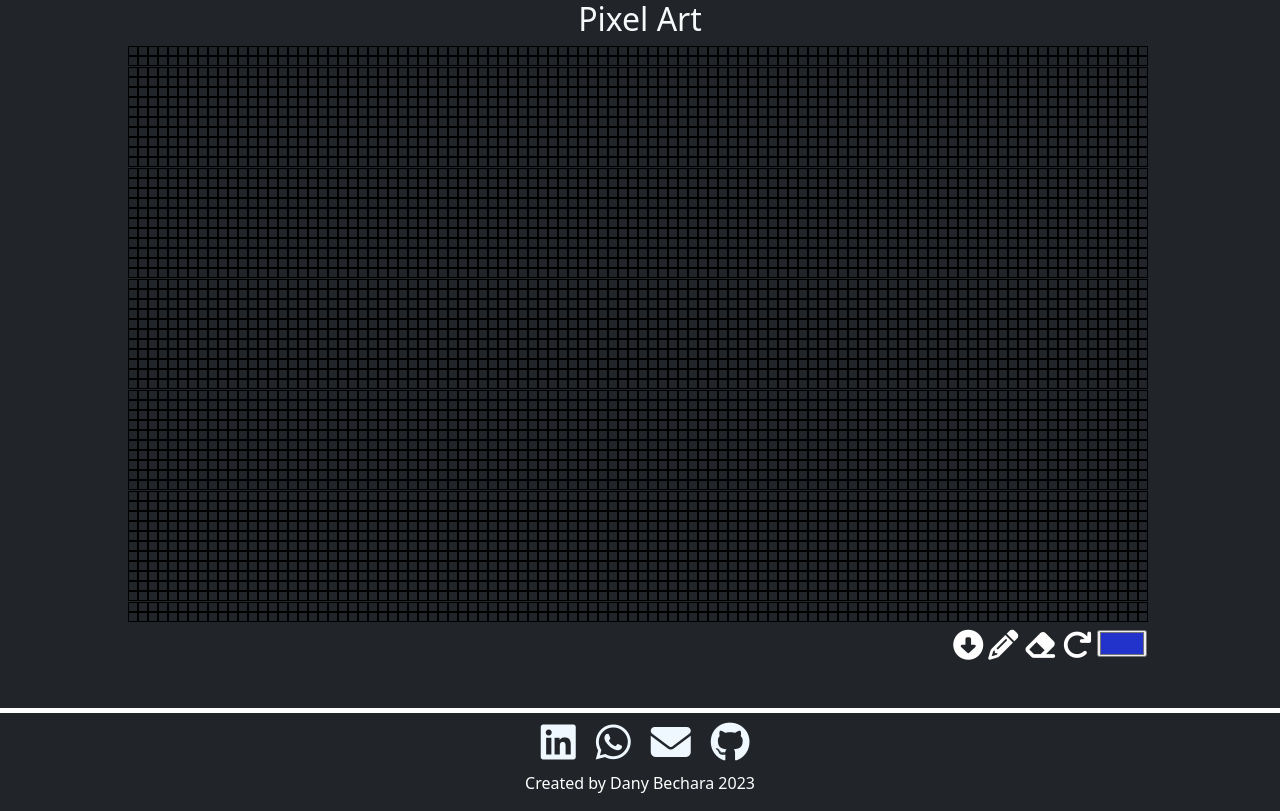
Repository: bechara611/pixelartdb
Page: /
These files come from the project's save history. The page is drawn as it stood at one moment and after the next save; the edit follows.
The browser window is 1280 px wide. The pictures show the whole page.
Some web libraries are served in a nearby version. The project was rebuilt for these pictures with package versions that can differ from the ones it lists, and the page was loaded fresh each time. Also part of the build but not shown: vite.config.js.

Above is the page before, as saved 2023-03-08 11:55:25.

### index.html
<!DOCTYPE html>
<html lang="en">
  <head>
    <meta charset="UTF-8" />
    <link rel="icon" type="image/svg+xml" href="/vite.svg" />
    <meta name="viewport" content="width=device-width, initial-scale=1.0" />
    <title>Vite + React</title>

    <link rel="stylesheet" href="https://cdnjs.cloudflare.com/ajax/libs/font-awesome/6.3.0/css/all.min.css">
  </head>
  <body>
    <div id="root"></div>
    <script type="module" src="/src/main.jsx"></script>
  </body>
</html>

### src/main.jsx
import React from 'react'
import ReactDOM from 'react-dom/client'
import App from './App'
import 'bootstrap/dist/css/bootstrap.min.css'
import 'bootstrap/dist/js/bootstrap.bundle.js'

ReactDOM.createRoot(document.getElementById('root')).render(
  <>
  <App />

  </>

)

### src/App.jsx

import { useEffect, useState } from 'react'
import './App.css'
import { SelectableGroup } from 'react-selectable-fast'
import { Pixel } from './Pixel'
import { Footer } from './Footer'
import * as htmlToImage from 'html-to-image';
import { toPng, toJpeg, toBlob, toPixelData, toSvg } from 'html-to-image';

const App = () => {
  const [pixels, setPixels] = useState([])
  const [isSelecting, setIsSelecting] = useState(false)
  const [startIndex, setStartIndex] = useState(null)
  const [colorActual, setcolorActual] = useState('#2233cc')
  const [lapiz,setLapiz]= useState(true);

  useEffect(() => {
    let contenedor = document.getElementById('contenedor')
    let divsAloAlto = Math.floor(contenedor.offsetHeight / 10)
    let divsAlOancho = Math.floor(contenedor.offsetWidth / 10);
    //para saber cuantos divs necesita un contenedor multiplica el numero de divs a lo alto * el numero de divds a lo ancho
    setPixels(Array.from({ length: divsAloAlto * divsAlOancho }, () => { return { active: false, color: colorActual } }))

  }, [])
  const onReset = () => {
    let pixelesCopy = [];
    pixelesCopy = [...pixels]
    for (let i = 0; i < pixels.length; i++) {
      pixelesCopy[i] = { active: false, color: 'transparent' }
    }
    setPixels(pixelesCopy)
  }
  const funcionArray = (index) => {
    let nuevoArray = [...pixels]
    nuevoArray[index] = { active: true, color: colorActual }
    setPixels(nuevoArray)
  }
const GenerarImagen=async()=>{
  let contenedor = document.getElementById('contenedor');
  await htmlToImage.toPng(contenedor)
  .then(function (dataUrl) {
    var img = new Image();
    img.src = dataUrl;
   console.log(img)
   const a= document.createElement('a');
   a.href=img.src
   a.download='img.png'
   a.click();
  })
  .catch(function (error) {

  });
}
  useEffect(() => {
    //console.log({ pixels })
  }, [pixels])

  const onMouseDown = (index) => {
    setIsSelecting(true);
    setStartIndex(index)
    // console.log('onMouseDown')
  }


  const onMouseOver2 = (index) => {
    if (isSelecting) {
      const pixelsupdated = [...pixels]
      pixelsupdated[index] = { ...pixelsupdated[index], active: true, color: colorActual }

      setPixels(pixelsupdated)

    }
    // console.log('onMouseOver')
  }

  const onMouseUp2 = (index) => {
    setIsSelecting(false)

  }
  return (
    <>
      <div className="bg-dark fondo">
        <div className="col-12 contenedor-05 ">
          <div className="contenedor-mayor header">
            <h2 className='text-light'>Pixel Art</h2>

          </div>
        </div>
        <div className="contenedor-mayor ">
          <div className="contorno">
            <div className={`contenedor ${!lapiz ? 'cursorBorrador' : 'cursorLapiz'}`} id='contenedor'>

              {

                pixels.map((a, index) => {
                  return <Pixel key={index}
                    color={a.color}
                    active={a.active}
                    funcion={() => funcionArray(index)}
                    onMouseDown={() => { onMouseDown(index) }}
                    onMouseUp={() => { onMouseUp2(index) }}
                    onMouseOver={() => { onMouseOver2(index) }}
                  ></Pixel>
                })

              }

            </div>
          </div>
        </div>
        <div className="col-12 contenedor-05  ">
          <div className="derecha mt-2">

          <i className="fa-solid fa-circle-down borrador " onClick={()=>{
            console.log('Descargar')

            GenerarImagen();
            }}></i>
          <i className="fa-solid fa-pencil borrador" onClick={()=>{ setLapiz(true)
            setcolorActual('#2233cc')
            }}></i>
            <i className="fa-solid fa-eraser borrador" onClick={()=>{ setLapiz(false)
            setcolorActual('transparent')
            }}></i>

            <i className="fa-solid fa-arrow-rotate-right borrador  icono" onClick={() => { onReset() }}></i>
            <input type="color" className='selector borrador' value={colorActual} onChange={(e) => {
               setcolorActual(e.target.value)
               setLapiz(true)
              }} />

          </div>

        </div>
        <div className="col-12 bg-dark">

        <Footer></Footer>
        </div>
      </div>



    </>

  )
}

export default App

### src/App.css
.fondo {
  height: 100vh;

}

.contorno {


}

.contenedor-mayor {
  display: flex;
  flex-direction: row;
  justify-content: center;
  justify-self: center;
  align-items: center;

}

.contenedor-mayor2 {
  width: 80vw;
  align-self: center;
  display: flex;
  flex-direction: row;
  justify-content: space-between;
}

.contenedor-05 {
  display: flex;
  flex-direction: row;
  justify-content: center;
}

.derecha {
  width: 80vw;
  align-self: center;
  display: flex;
  flex-direction: row;
  justify-content: flex-end;
}

.pixel {
  width: 10px;
  height: 10px;
  border: .1px solid rgb(0, 0, 0);

  box-sizing: border-box;

}

.active {
  background: transparent;
}
.cursorBorrador{
  cursor: url(./assets/borrador.png), pointer;
}
.cursorLapiz{
cursor: url(./assets/pencil3.png), default;
}
.contenedor {

  display: flex;
  flex-direction: row;
  flex-wrap: wrap;
  width: 80vw;
  height: 80vh;
  max-width: 80vw;
  max-height: 80vh;
  padding: 0 ;
  margin: 0;
}

.icono {
  font-size: 30px;
  color: white;
  margin-right: 5px;
}
.borrador{
  font-size: 30px;
  color: white;
  margin-right: 5px;
  cursor: pointer;
}
.borrador:hover{

  color: rgb(191, 180, 180);
  transition: all .1s ease;
}

@keyframes rotar {
  from {
    transform: rotate(32deg);
  }

  to {
    transform: rotate(360deg);
  }
}

.icono:hover {
  color: rgb(171, 193, 216);
  cursor: pointer;
  animation-name: rotar;
  animation-duration: 1s;
  transition: all 1s ease;
  animation-iteration-count: infinite;
}

.selector{
cursor: pointer;
}

@media(max-width:200px){
  .borrador{
    font-size: 15px;
  }
}

### src/Pixel.jsx
import React, { useState } from 'react'
import './App.css'
import {selectableGroup, createSelectable} from 'react-selectable-fast'
export const Pixel = (props) => {
    const [isActive, setisActive] = useState(false)
  return (

 <div className={`pixel ${props.active ? 'active' : ''}`} style={{ background:props.active ? props.color : ''}}
 onClick={()=>{
    setisActive(!isActive)
    props.funcion();
}}
onMouseDown={()=>{props.onMouseDown()}}
onMouseUp={()=>{props.onMouseUp()}}
onTouchEnd={()=>{props.onMouseUp()}}
onMouseOver={()=>{props.onMouseOver()}}
onTouchStart={()=>{{
    props.onMouseDown()
    props.onMouseOver()}}}
 >

 </div>
  )
}

### src/Footer.jsx
import React from 'react'
import './Footer.css'


let linkdn="https://linkedin.com/in/DanyBechara";
let correo="mailto:bechara611@gmail.com";
let blank='_blank';
let github='https://github.com/bechara611';
let whatssap='https://wa.me/584120361952';

export const Footer = () => {
  return (
    <>
      {/*Aca este footer le estamos colocando una posicion absolute y a su padre relativa para poder ubicarlo al final de su div padre */}
      <div className="footer col-12 mt-5 pt-1">
      <a href={linkdn} target={blank} className='animate__animated animate__lightSpeedInLeft'><i className=" linkdin fa-brands fa-linkedin iconoRedes"></i></a>
      <a href={whatssap} target={blank}  className='animate__animated animate__lightSpeedInLeft'><i className="whatssap fa-brands fa-whatsapp iconoRedes"></i></a>
      <a href={correo} target={blank}  className='animate__animated animate__lightSpeedInLeft'><i className="gmail fa-solid  fa-envelope iconoRedes"></i></a>
      <a href={github} target={blank}  className='  animate__animated animate__lightSpeedInLeft'><i className=" github fa-brands fa-github iconoRedes"></i></a>

     <div className="col-12 contenedor-mensaje-footer mt-1">
     <div className="col-12 contenedor-mensaje-footer">
     <p className='mensaje'>Created by Dany Bechara {new Date().getFullYear().toString()}</p>
     </div>

     </div>
      </div>
    </>

  )
}

### src/Footer.css
.footer{
    color: white;
    margin-top: 10px;
    border-top: 5px solid white;

    display: flex;
    flex-direction: row;
    justify-content: center;
    text-align: center;
    align-items: center;
    justify-items: center;
 flex-wrap: wrap;

}

.iconoRedes{
    font-size: 40px;
    padding-left: 10px;
    margin: 5px;
    color: aliceblue;
}

.github:hover{
    color: #6e5494;

}

.whatssap:hover{
color: #25d366;
}

.gmail:hover{
color:#cc0000;
}
.linkdin:hover{
color:#00a0dc;
}

.contenedor-mensaje-footer{
    display: flex;
    flex-direction: row;
    justify-content: center;
    text-align: center;
    align-items: center;
    justify-items: center;
}

/*?RESPONSIVE*/

@media(max-width:255px){
    .iconoRedes{
        font-size: 30px;
        padding-left: 5px;
    }
    .mensaje{
        font-size: 10px;
    }
}

After the next save:
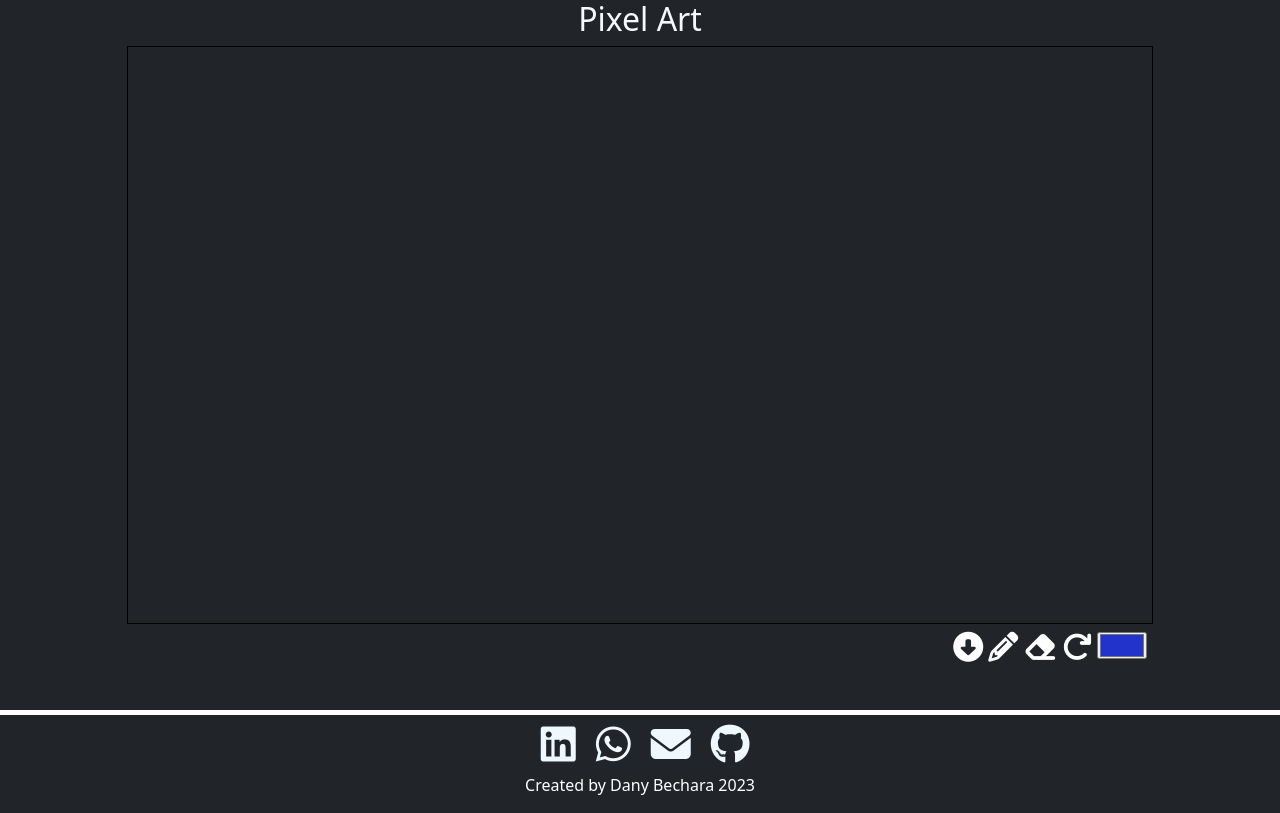
Saved 53 s later.
--- a/src/App.css
+++ b/src/App.css
@@ -4,7 +4,7 @@
 }
 
 .contorno {
-
+  border: .1px solid rgb(0, 0, 0);
 
 }
 
@@ -42,7 +42,7 @@
 .pixel {
   width: 10px;
   height: 10px;
-  border: .1px solid rgb(0, 0, 0);
+
 
   box-sizing: border-box;
 
